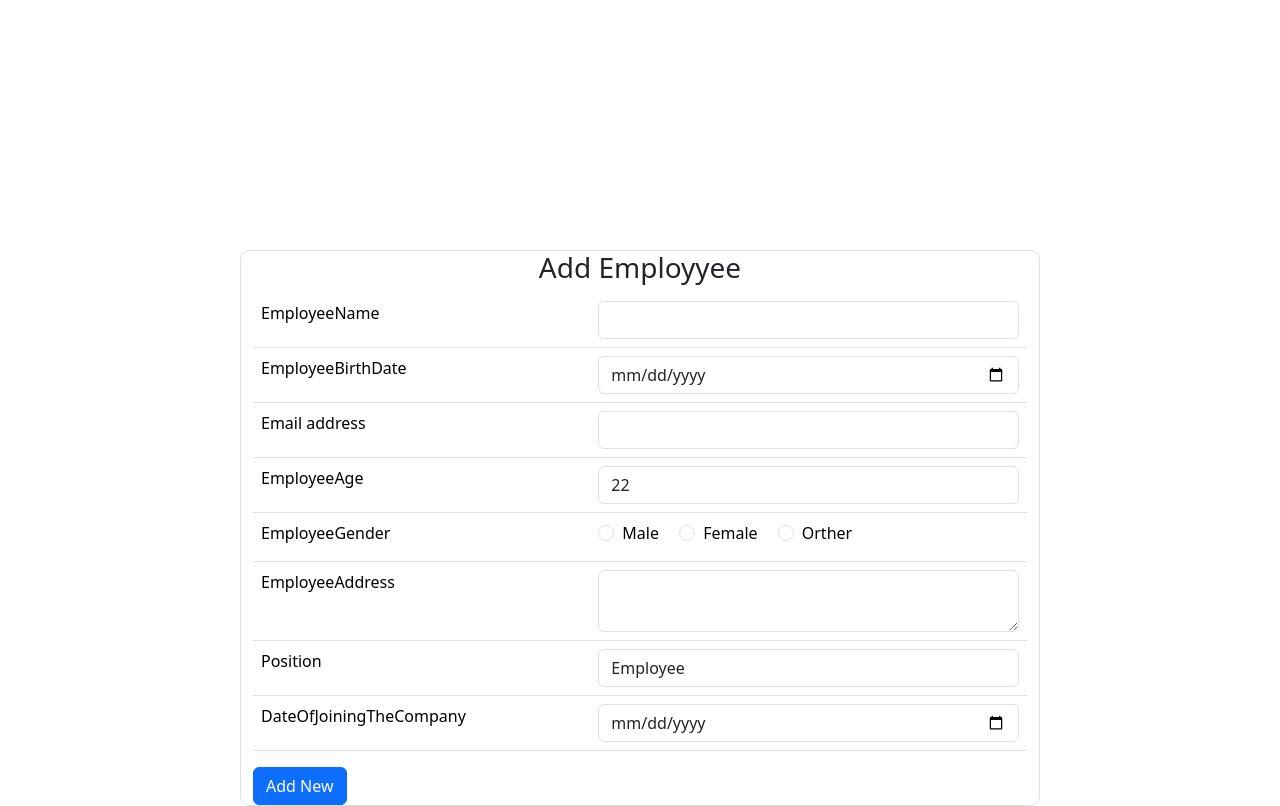
Repository: tranhuuan1703/BaiTapServlet
Page: http://localhost/bai_tap_jsp_servlet/views/Add.jsp
These files come from the project's save history. The page is drawn as it stood at one moment and after the next save; the edit follows.
The browser window is 1280 px wide. The pictures show the whole page.
Some web libraries are served in a nearby version. The page is served by Tomcat 9. Other server files are loaded and not shown.

Above is the page before, as saved 2024-08-14 07:09:35.

### bai_tap_jsp_servlet/bai_tap_jsp_servlet/src/main/webapp/views/Add.jsp
<%@ page language="java" contentType="text/html; charset=UTF-8"
   pageEncoding="UTF-8"%>
<%@ taglib prefix="c" uri="http://java.sun.com/jsp/jstl/core"%>
<!DOCTYPE html>
<html>
   <head>
      <meta charset="UTF-8">
      <title>Insert title here</title>
      <link href="https://cdn.jsdelivr.net/npm/bootstrap@5.3.3/dist/css/bootstrap.min.css"
         rel="stylesheet"
         integrity="sha384-QWTKZyjpPEjISv5WaRU9OFeRpok6YctnYmDr5pNlyT2bRjXh0JMhjY6hW+ALEwIH"
         crossorigin="anonymous">
      <script src="https://cdn.jsdelivr.net/npm/bootstrap@5.3.3/dist/js/bootstrap.bundle.min.js"
         integrity="sha384-YvpcrYf0tY3lHB60NNkmXc5s9fDVZLESaAA55NDzOxhy9GkcIdslK1eN7N6jIeHz"
         crossorigin="anonymous"></script>
      <script src="https://ajax.googleapis.com/ajax/libs/jquery/1.12.0/jquery.min.js"></script>
      <script src="https://unpkg.com/dayjs@1.8.21/dayjs.min.js"></script>
      <link href="<c:url value="/css/base.css"/>" rel="stylesheet" type="text/css" />
   </head>
   <body>


      <div class="container border" style="margin-top:250px; width:800px; border-radius: 10px;">
      	<center><h3>Add Employyee</h3></center>
         <form id="updateForm" action="addEmployeeController" method="get">
            <table class="table">

               <tr>
                  <td><label for="nameEmployee" class="form-label">EmployeeName</label></td>
                  <td>
                     <input type="text" class="form-control" id="nameEmployee" aria-describedby="emailHelp" name="nameEmployee" required="required" pattern="^[^\d]+$">
                     <span class="rq">${msgUserName}</span>
                  </td>

               </tr>
               <tr>
                  <td><label for="birthDayEmployee" class="form-label">EmployeeBirthDate</label></td>
                  <td>
                     <input type="date" class="form-control" id="birthDayEmployee" name="birthDayEmployee" required="required">
                     <span class="rq">${msgEmployeeBirthDate}</span>
                  </td>

               </tr>
               <tr>
                  <td><label for="emailEmployee" class="form-label">Email address</label></td>
                  <td>
                     <input type="email" class="form-control" id="emailEmployee" aria-describedby="emailHelp" name="emailEmployee" required="required">
                     <span class="rq">${msgEmail}</span>

                  </td>
               </tr>
               <tr>
                  <td><label for="ageEmployee" class="form-label">EmployeeAge</label></td>
                  <td>
                     <input type="number" class="form-control" id="ageEmployee" aria-describedby="emailHelp" value="22" readonly name="ageEmployee">
                     <span class="rq">${msgEmployeeAge}</span>
                  </td>
               </tr>
               <tr>
                  <td><label for="inlineRadio1" class="form-label">EmployeeGender</label></td>
                  <td>
                     <div class="form-check form-check-inline">
                        <input class="form-check-input" type="radio" name="inlineRadioOptions" id="inlineRadio1" value="male">
                        <label class="form-check-label" for="inlineRadio1">Male</label>
                     </div>
                     <div class="form-check form-check-inline">
                        <input class="form-check-input" type="radio" name="inlineRadioOptions" id="inlineRadio2" value="female">
                        <label class="form-check-label" for="inlineRadio2">Female</label>
                     </div>
                     <div class="form-check form-check-inline">
                        <input class="form-check-input" type="radio" name="inlineRadioOptions" id="inlineRadio3" value="option3">
                        <label class="form-check-label" for="inlineRadio3">Orther</label>
                     </div>
                     <span class="rq">${msgGender}</span>
                  </td>
               </tr>
               <tr>
                  <td><label for="addressEmployee" class="form-label">EmployeeAddress</label></td>
                  <td>
                     <textarea  class="form-control" id="addressEmployee" aria-describedby="emailHelp" name="addressEmployee"></textarea>

                  </td>
               </tr>
               <tr>
                  <td><label for="exampleInputEmail1" class="form-label">Position</label></td>
                  <td>
                     <select class="form-control" id="selection" name="position">
                        <option value="employee">Employee</option>
                        <option value="boss">Boss</option>
                     </select>
                     <span class="rq">${msgPosition}</span>
                  </td>
               </tr>
               <tr>
                  <td><label for="dateJoiningBirthday" class="form-label">DateOfJoiningTheCompany</label></td>
                  <td>
                		<input type="date" class="form-control" id="dateJoiningCompany" name="dateJoiningCompany" required="required" max="">
                     	<span class="rq">${msgDateJoinCompany}</span>
                  </td>
               </tr>
            </table>
            <button type="submit" class="btn btn-primary">Add New</button>
         </form>
      </div>
   </body>
 <script>

 $("#birthDayEmployee, #dateJoiningCompany").blur(function(){
	    const dateValue = new Date($(this).val());

	    if (isNaN(dateValue)) {
	        return '';
	    }

	    const day = String(dateValue.getDate()).padStart(2, '0');
	    const month = String(dateValue.getMonth() + 1).padStart(2, '0');
	    const year = dateValue.getFullYear();

	    var text = day + "/" + month + "/" + year;
	    $(this).attr("type","text");
	    $(this).val(text);
});


 $("#birthDayEmployee").blur(function(){

		var date1 = new Date();

		var values = $(this).val();
		var yeard = parseInt(values.substr(6, values.length));

		currentYear = date1.getFullYear();

		age = currentYear - yeard;
		$("#ageEmployee").val(age);
	});

	$("#updateForm").submit(function(){

		$("#inputEmployeeId").disabled = false;


	})




	$("form").on('submit', function(){

	  var inputDate = new Date(document.getElementById('dateJoiningCompany').value);
	  var today = new Date();


	  var isConfirmed = confirm("Bạn có chắc muốn thêm nhân viên này?");

	  if (!isConfirmed){
		  event.preventDefault();
	  }
	})


	// Lấy ngày hiện tại
    var today = new Date().toISOString().split('T')[0];
    // Đặt giá trị max của input là ngày hiện tại
    document.getElementById('dateJoiningCompany').setAttribute('max', today);
    // Thiết lập giá trị max là ngày hiện tại
    document.getElementById('dateJoiningCompany').max = new Date().toISOString().split("T")[0];

    /*function formatDate() {
        const dateInput = document.getElementById('dateJoiningCompany').value;
        if (dateInput) {
            const [year, month, day] = dateInput.split("-");
            const formattedDate = `${day}/${month}/${year}`;
            document.getElementById('dateJoiningCompany').value = formattedDate;
            return;
        }
    }*/
 </script>

</html>

### bai_tap_jsp_servlet/bai_tap_jsp_servlet/src/main/webapp/css/base.css
@charset "UTF-8";



	/* styles.css */


/* Phong cách cơ bản của popup */
.popup {
    display: none; /* Ẩn popup mặc định */
    position: fixed;
    z-index: 1;
    left: 0;
    top: 0;
    width: 100%;
    height: 100%;
    overflow: auto;
    background-color: rgba(0, 0, 0, 0.5); /* Màu nền mờ */
}

/* Nội dung của popup */
.popup-content {
    background-color: white;
    margin: 15% auto; /* Căn giữa */
    padding: 20px;
    border: 1px solid #888;
    width: 80%;
    max-width: 700px; /* Giới hạn chiều rộng */
}

/* Nút đóng popup */
.close-btn {
    color: #aaa;
    float: right;
    font-size: 28px;
    font-weight: bold;
}

.close-btn:hover,
.close-btn:focus {
    color: black;
    text-decoration: none;
    cursor: pointer;
}


.intro {
  height: 100%;
}

table td,
table th {
  text-overflow: ellipsis;
  white-space: nowrap;
  overflow: hidden;
}

thead th {
  color: #fff;
}

.card {
  border-radius: .5rem;
}

.table-scroll {
  border-radius: .5rem;
}

.table-scroll table thead th {
  font-size: 1.25rem;
}
thead {
  top: 0;
  position: sticky;
}

/* bao loi */
.rq{
		color: red;
	}

After the next save:
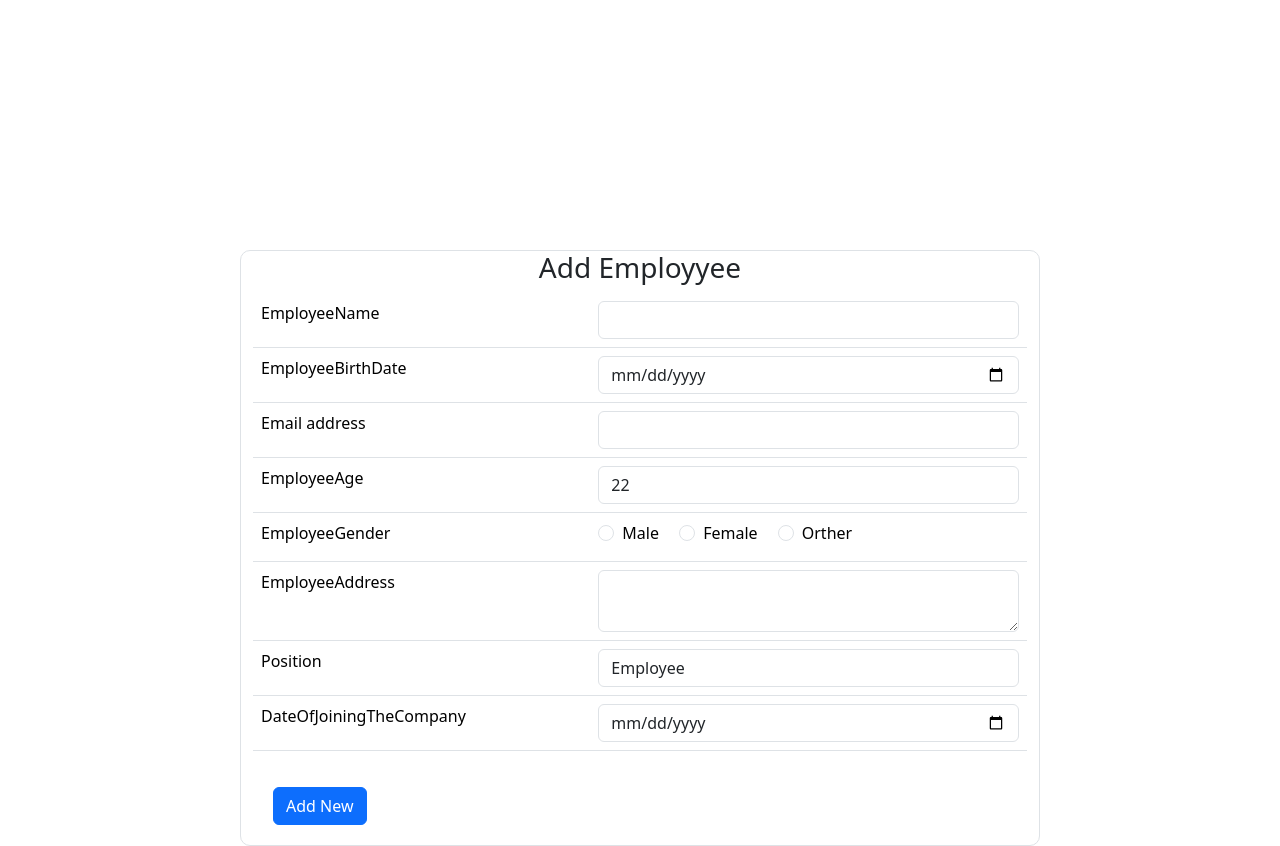
Saved 35 s later.
--- a/bai_tap_jsp_servlet/bai_tap_jsp_servlet/src/main/webapp/views/Add.jsp
+++ b/bai_tap_jsp_servlet/bai_tap_jsp_servlet/src/main/webapp/views/Add.jsp
@@ -99,7 +99,9 @@
                   </td>
                </tr>
             </table>
-            <button type="submit" class="btn btn-primary">Add New</button>
+             <div class="grid" style="padding:20px;">
+            	<button type="submit" class="btn btn-primary">Add New</button>
+            </div>
          </form>
       </div>
    </body>
